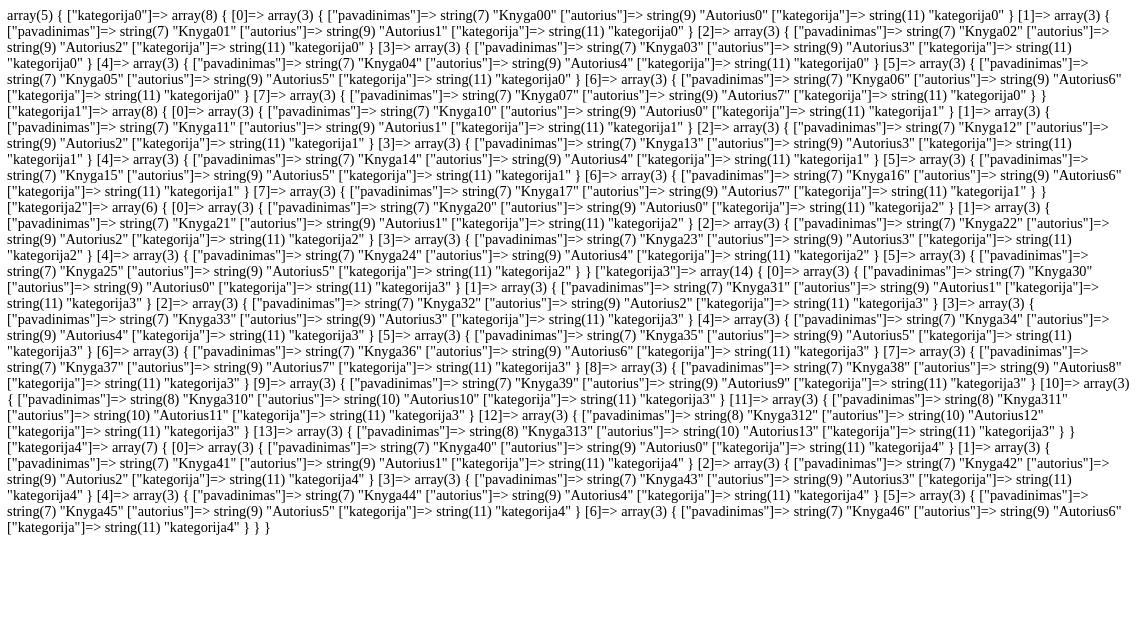
Repository: motiejus1/18-paskaita-PHP-05.31
Page: http://localhost/testavimas/dvimatismasyvas.php
The author's editor kept a copy of each file at every save. The page is drawn from the files as they stood at one save, then again after the next save.
The browser window is 1280 px wide. The pictures show the whole page, at 89% of full size.
The page is run by PHP 8.4 with error messages shown; the project is at /var/www/html/.

Above is the page before, as saved 2021-09-20 18:56:48.

After the next save:
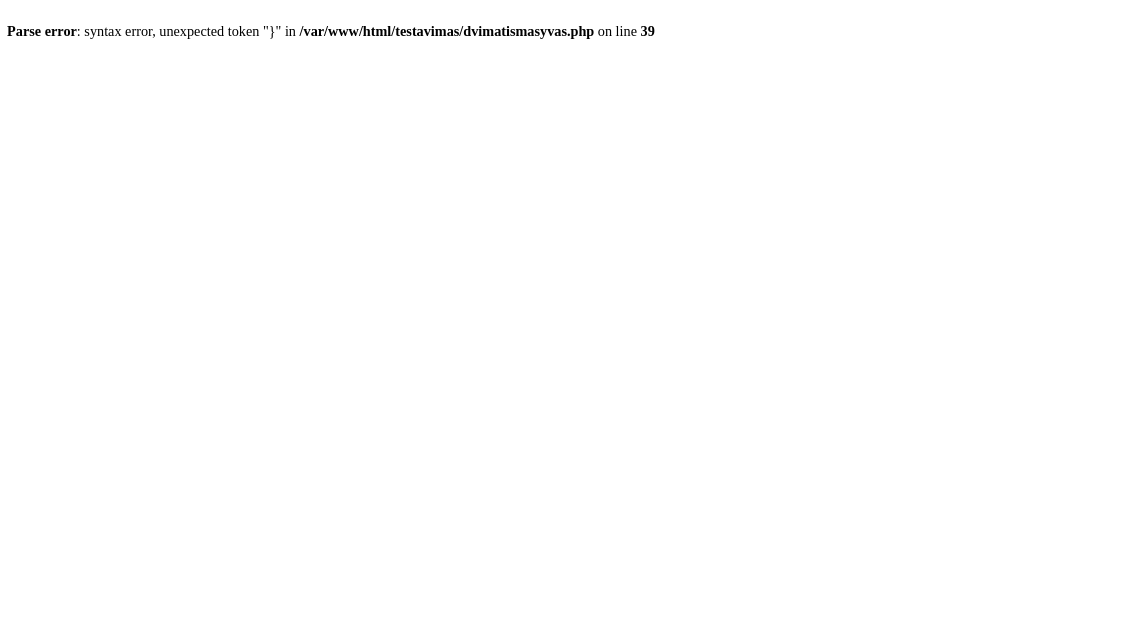
Saved 39 s later.
--- a/testavimas/dvimatismasyvas.php
+++ b/testavimas/dvimatismasyvas.php
@@ -35,7 +35,7 @@
 
 for ($i=0; $i < count($knygos); $i++)  {
     // kiek is viso yra ketegoriju
-
+    var_dump()
 }
 
 

After the 2 saves that followed:
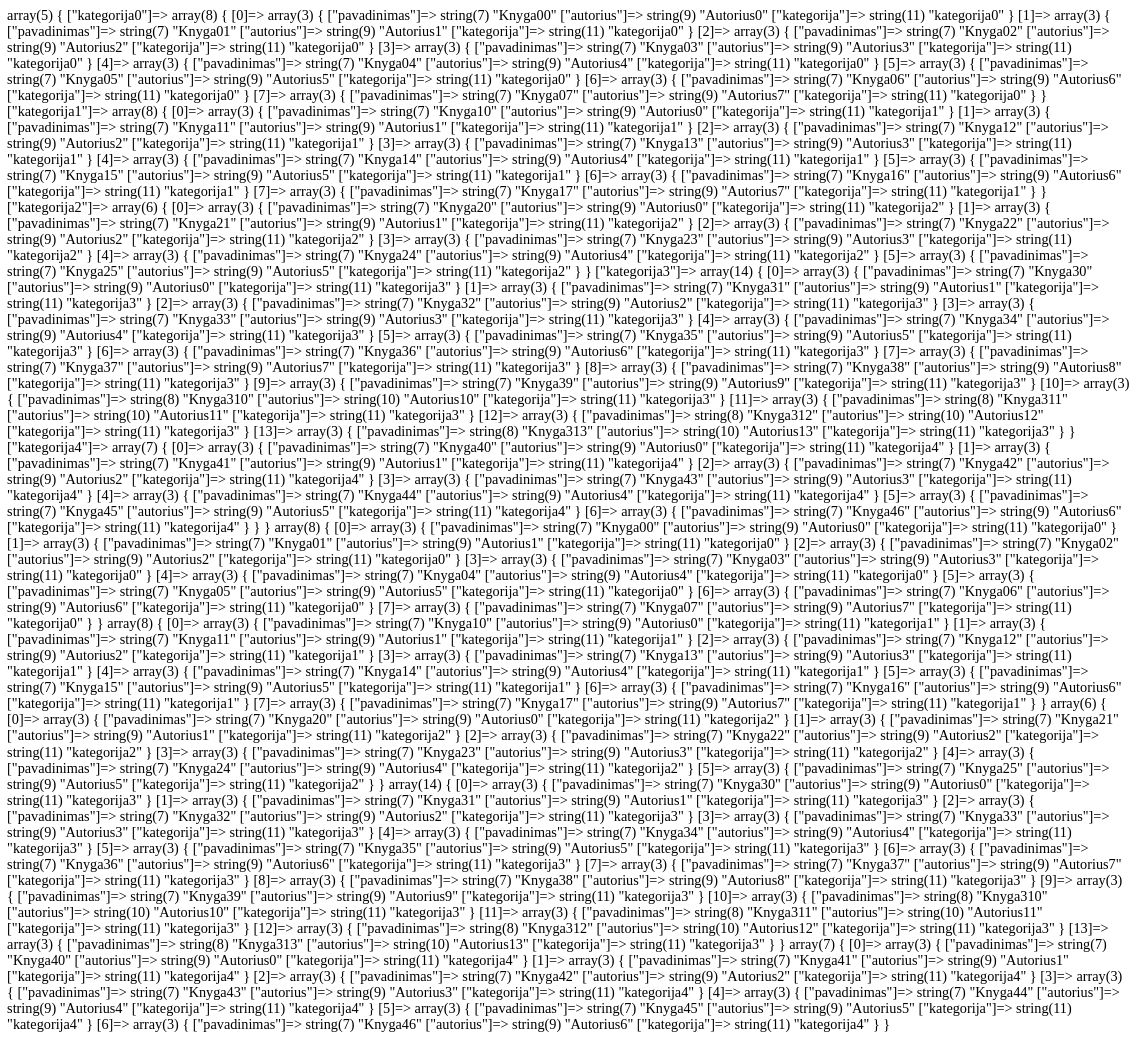
The 2 saves are shown as one change because they came seconds apart.
The last was saved 6 s later.
--- a/testavimas/dvimatismasyvas.php
+++ b/testavimas/dvimatismasyvas.php
@@ -35,7 +35,7 @@
 
 for ($i=0; $i < count($knygos); $i++)  {
     // kiek is viso yra ketegoriju
-    var_dump()
+    var_dump($knygos["kategorija".$i]);
 }
 
 
